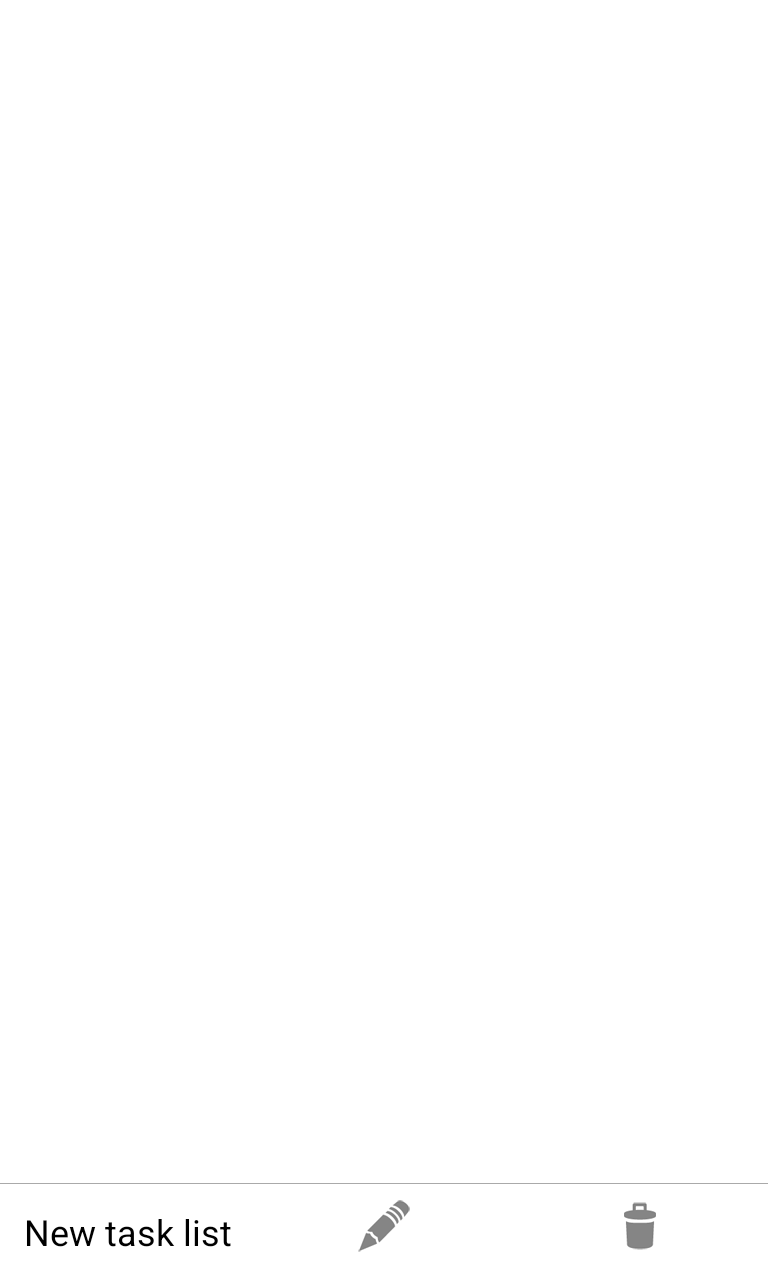
Repository: larserikstrand/IMT4904-Master
Layout: MTP/res/layout/fragment_today.xml
The author's editor kept a copy of each file at every save. The layout is drawn from the files as they stood at one save, then again after the next save.
It is drawn on a 768 x 1280 px phone screen (xhdpi) without system bars, with theme android:Theme.Holo.Light; the app's code is not run. Lists and similar views that code fills are empty.

Above is the layout before, as saved 2014-02-14 20:43:07.

After the next save:
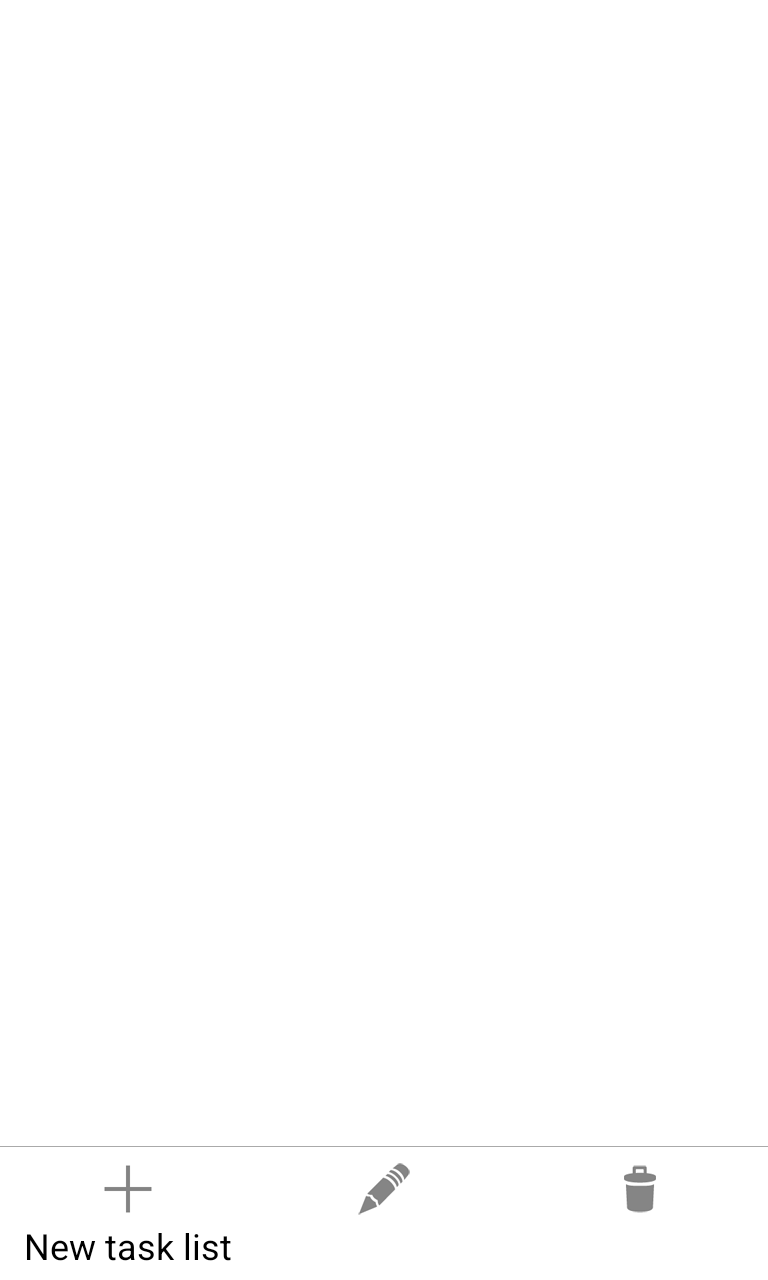
Saved 20 s later.
--- a/MTP/res/layout/fragment_today.xml
+++ b/MTP/res/layout/fragment_today.xml
@@ -28,7 +28,7 @@
         	android:paddingBottom="5dp"
         	android:background="?android:attr/selectableItemBackground"
         	android:text="@string/new_task_list"
-        	android:src="@drawable/ic_content_new"
+        	android:drawableTop="@drawable/ic_content_new"
         	android:contentDescription="@string/new_task_list" />
 
         <ImageButton android:id="@+id/edit_button"
